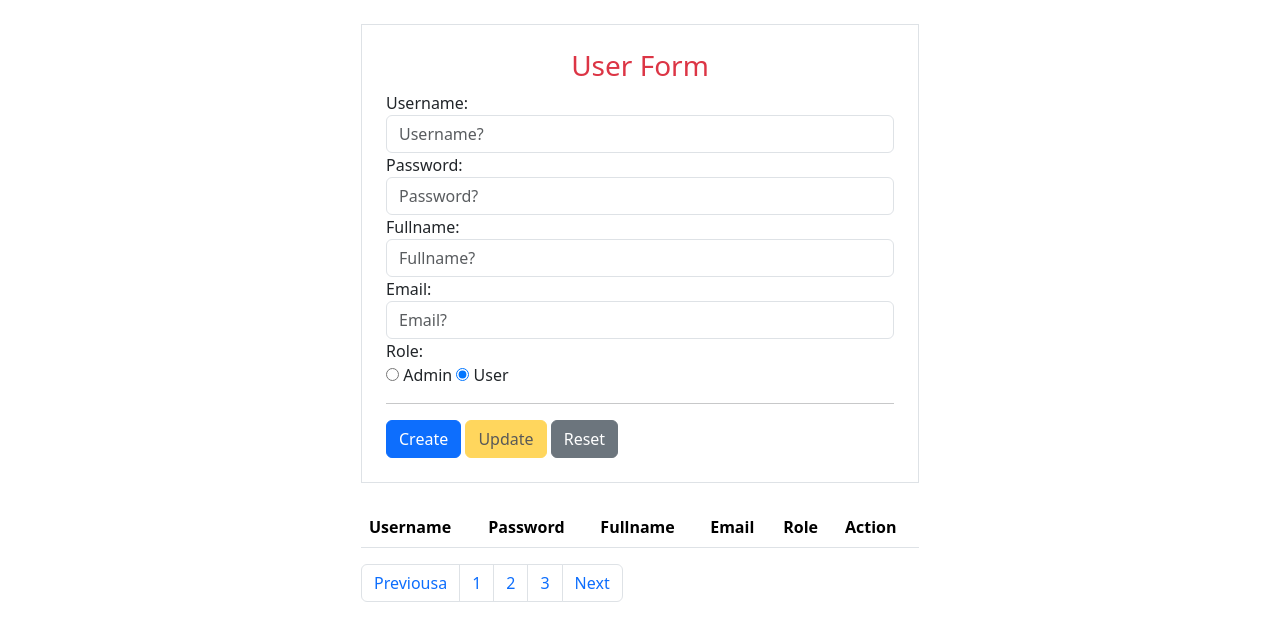
Repository: DanielNine9/java_servlet
Page: http://localhost/lab5/
An editor plug-in stored every save of this project. The page is shown before and after the next save, followed by the edit.
The browser window is 1280 px wide. The pictures show the whole page.
The page is served by Tomcat 9. The template is opened directly, without the code that normally fills it, so the values that code supplies are empty.

Above is the page before, as saved 2024-07-22 09:32:59.

After the next save:
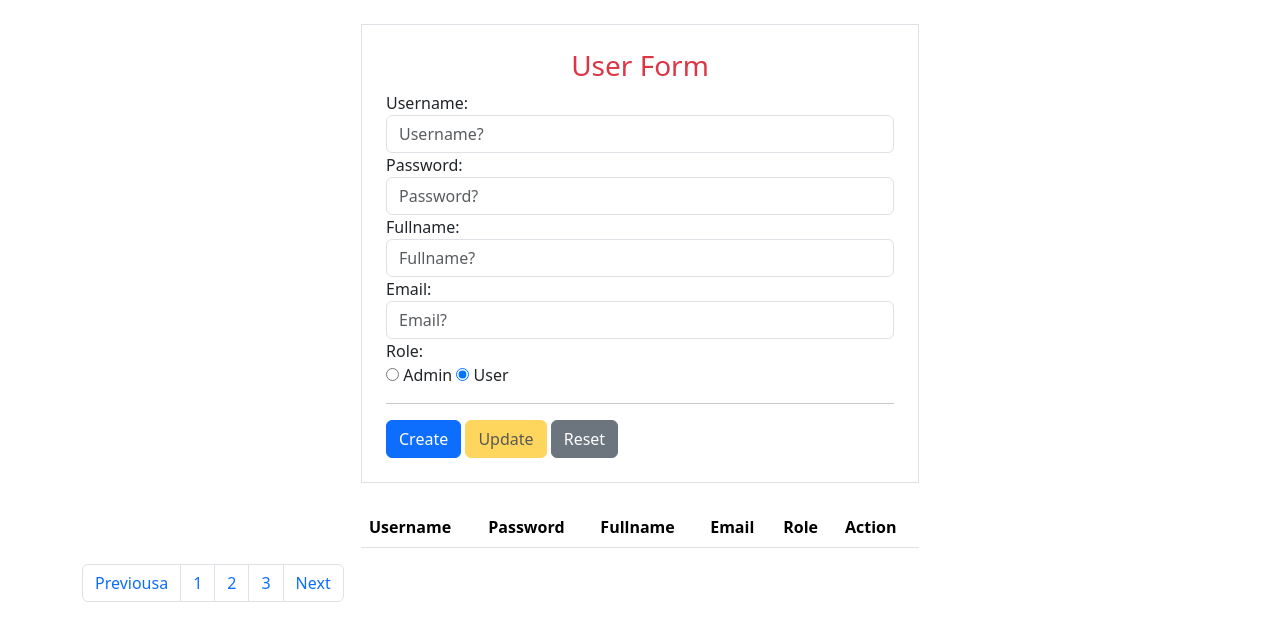
Saved 3 s later.
--- a/lab5/src/main/webapp/index.jsp
+++ b/lab5/src/main/webapp/index.jsp
@@ -110,7 +110,7 @@
 		</table>
 
 		<nav aria-label="Page navigation example d-flex  justify-content-center">
-			<ul class="pagination w-50 mx-auto">
+			<ul class="pagination">
 				<li class="page-item"><a class="page-link" href="#">Previousa</a></li>
 				<li class="page-item"><a class="page-link" href="#">1</a></li>
 				<li class="page-item"><a class="page-link" href="#">2</a></li>
